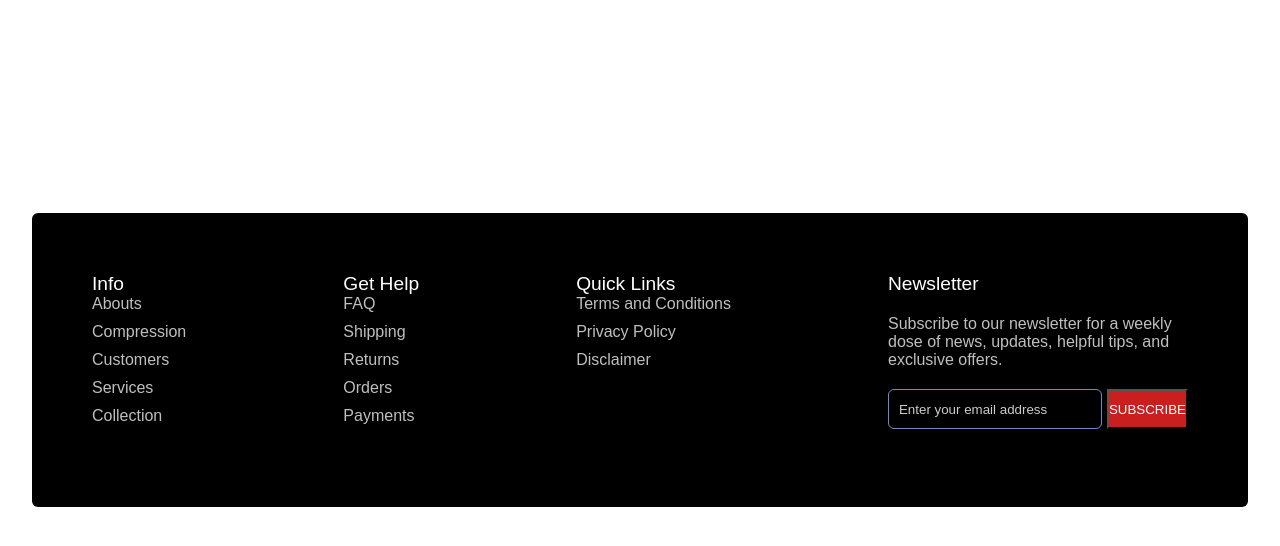
Repository: syni18/responsive_footer
Page: index.html
The author's editor kept a copy of each file at every save. The page is drawn from the files as they stood at one save, then again after a run of saves.
The browser window is 1280 px wide. The pictures show the whole page.
Some web libraries are served in a nearby version.

Above is the page before, as saved 2023-11-03 17:21:34.

After the next 17 saves:
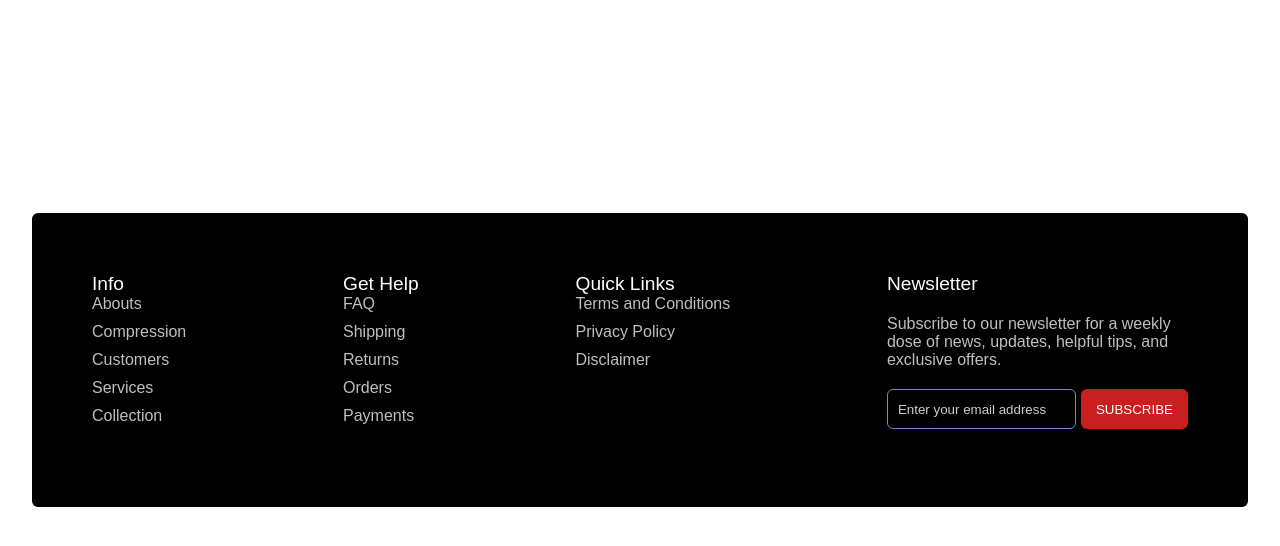
The 17 saves are shown as one change because they came seconds apart.
The last was saved 43 s later.
--- a/style.css
+++ b/style.css
@@ -64,5 +64,10 @@
     background: #ca1f1f;
     color: #fff;
     outline: none;
-
+    border: none;
+    padding: 10px 15px;
+    border-radius: 6px;
+    cursor: pointer;
+    font-weight: 500;
+    transition: 0.2s ease;
 }
